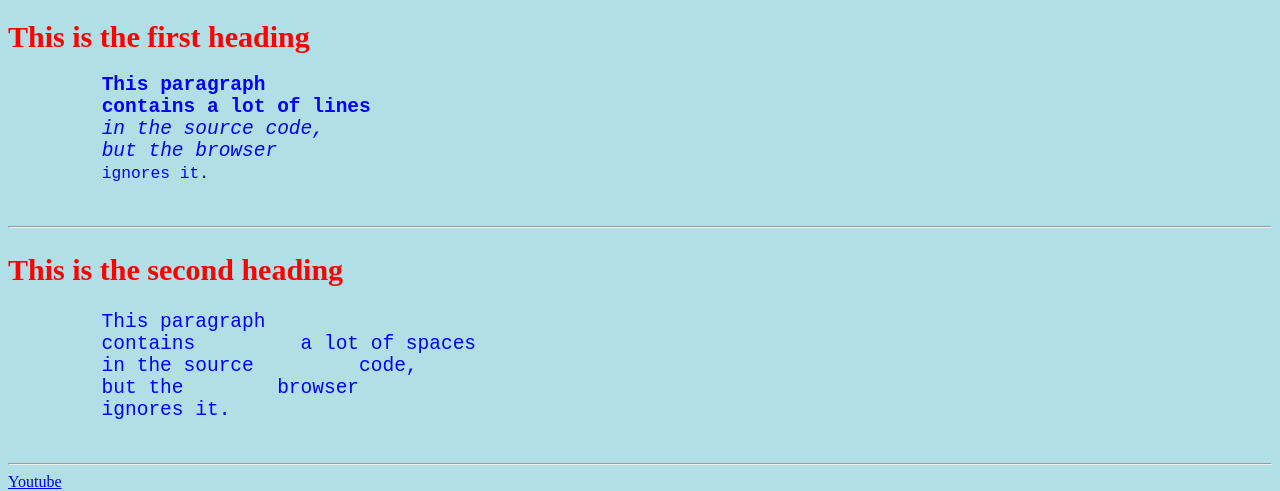
Repository: zRush1202/LoginPage-demo
Page: ex_html/index.html
The author's editor kept a copy of each file at every save. The page is drawn from the files as they stood at one save, then again after the next save.
The browser window is 1280 px wide. The pictures show the part of the page from y = 0 to 491 px (the page is 765 px tall).
Pictures or frames that could not be fetched are drawn as grey boxes.

Above is the page before, as saved 2023-09-05 18:52:24.

After the next save:
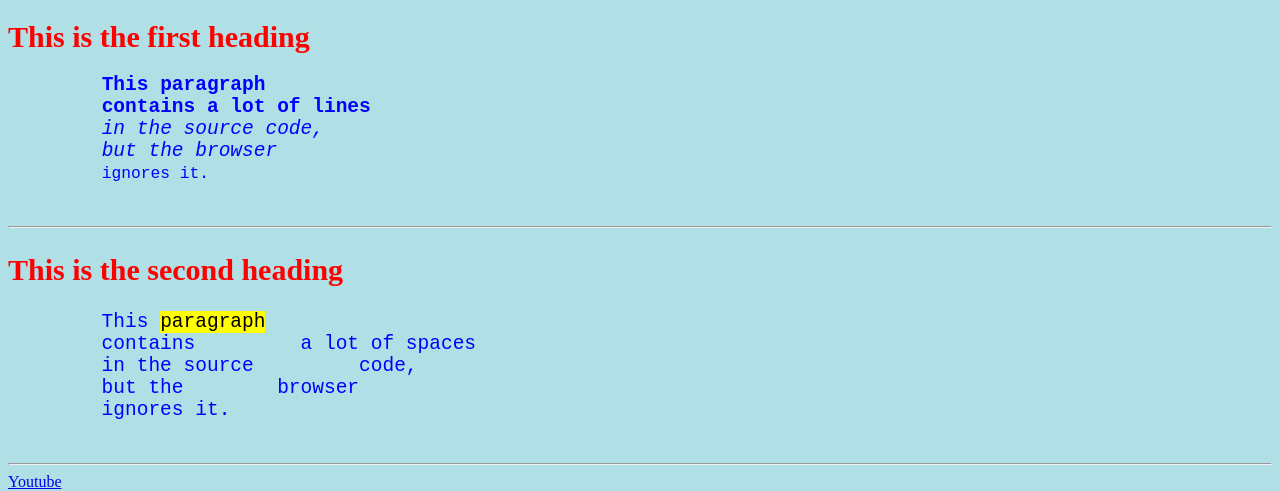
Saved 51 s later.
--- a/ex_html/index.html
+++ b/ex_html/index.html
@@ -17,7 +17,7 @@
     <hr>
     <h2 style="color:red;font-size: 30px; font-family: 'Times New Roman', Times, serif;">This is the second heading</h2>
     <pre style="color: blue; font-size: 150%;">
-        This paragraph
+        This <mark>paragraph</mark>
         contains         a lot of spaces
         in the source         code,
         but the        browser
